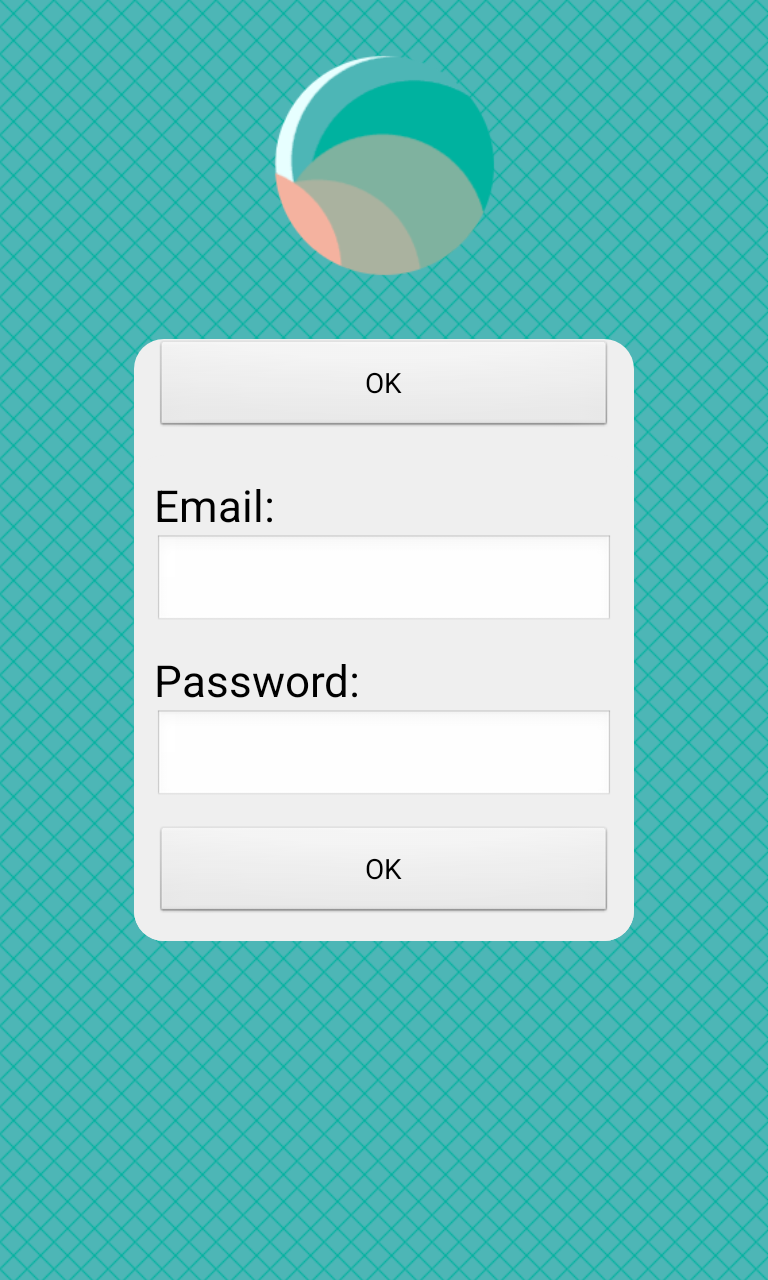
Repository: ppamorim/Coderock-X
Layout: workspace-Android/teste1/res/layout/activity_login.xml
The author's editor kept a copy of each file at every save. The layout is drawn from the files as they stood at one save, then again after the next save.
It is drawn on a 768 x 1280 px phone screen (xhdpi) without system bars, with theme android:Theme.NoTitleBar; the app's code is not run.

Above is the layout before, as saved 2014-01-05 19:57:12.

### workspace-Android/teste1/res/layout/activity_login.xml
<?xml version="1.0" encoding="utf-8"?>
<LinearLayout xmlns:android="http://schemas.android.com/apk/res/android"
    xmlns:tools="http://schemas.android.com/tools"
    android:id="@+id/LinearLayout1"
    android:layout_width="match_parent"
    android:layout_height="match_parent"
    android:background="@drawable/background"
    android:orientation="vertical"
    android:paddingBottom="@dimen/activity_vertical_margin"
    android:paddingLeft="@dimen/activity_horizontal_margin"
    android:paddingRight="@dimen/activity_horizontal_margin"
    android:paddingTop="@dimen/activity_vertical_margin"
    tools:context=".MainActivity" >

	<!-- <View
        android:id="@+id/spacer1"
        android:layout_width="wrap_content"
        android:layout_height="0dp"
        android:layout_gravity="center_horizontal"
        android:layout_weight="0.18"
        android:background="@layout/rounded" />-->

<ImageView
    android:layout_width="fill_parent"
    android:layout_height="wrap_content"
    android:contentDescription="@string/app_name"
    android:scaleType="centerInside"
    android:src="@drawable/splash" />

    <FrameLayout
        android:layout_width="250dp"
        android:layout_height="wrap_content"
        android:layout_gravity="center"

        android:layout_marginTop="20dp">

        <LinearLayout
            android:layout_width="match_parent"
            android:layout_height="match_parent"
            android:background="@layout/rounded"
            android:orientation="vertical" >

            <Button
            android:id="@+id/Entrar"
            android:layout_width="fill_parent"
            android:layout_height="fill_parent"
            android:layout_marginBottom="10dp"
            android:layout_marginLeft="10dp"
            android:layout_marginRight="10dp"
            android:text="@string/ok" />


        <LinearLayout
            android:layout_width="match_parent"
            android:layout_height="match_parent"
            android:background="@layout/rounded"
            android:orientation="vertical" >

            <TextView
                android:id="@+id/textView1"
                android:layout_width="wrap_content"
                android:layout_height="wrap_content"
                android:text="@string/Email"
                android:textColor="#000"
                android:layout_marginTop="10dp"
                android:layout_marginLeft="10dp"
            	android:layout_marginRight="10dp"
                android:textAppearance="?android:attr/textAppearanceLarge" />

            	<EditText
            	android:id="@+id/Email"
            	android:layout_width="match_parent"
            	android:layout_height="wrap_content"
            	android:layout_marginLeft="10dp"
            	android:layout_marginRight="10dp"
            	android:ems="10" />

            <TextView
                android:id="@+id/textView2"
                android:layout_width="wrap_content"
                android:layout_height="wrap_content"
                android:text="@string/Password"
                android:textColor="#000"
                android:layout_marginTop="10dp"
                android:layout_marginLeft="10dp"
            	android:layout_marginRight="10dp"
                android:textAppearance="?android:attr/textAppearanceLarge" />

        <EditText
            android:id="@+id/Senha"
            android:layout_width="match_parent"
            android:layout_height="wrap_content"
            android:layout_marginBottom="10dp"
            android:layout_marginLeft="10dp"
            android:layout_marginRight="10dp"
            android:ems="10" >
        </EditText>

        <Button
            android:id="@+id/Entrar"
            android:layout_width="fill_parent"
            android:layout_height="wrap_content"
            android:layout_marginBottom="10dp"
            android:layout_marginLeft="10dp"
            android:layout_marginRight="10dp"
            android:text="@string/ok" />

        </LinearLayout>
        </LinearLayout>
    </FrameLayout>

</LinearLayout>

### workspace-Android/teste1/res/drawable-hdpi/background.xml
<?xml version="1.0" encoding="utf-8"?>
<bitmap xmlns:android="http://schemas.android.com/apk/res/android"
  android:src="@drawable/bg"
  android:tileMode="repeat" />

### workspace-Android/teste1/res/layout/rounded.xml
<?xml version="1.0" encoding="utf-8"?>
<layer-list xmlns:android="http://schemas.android.com/apk/res/android">
    <item>
        <shape android:shape="rectangle" >
            <corners android:radius="15dip" />
            <solid android:color="#efefef" />
            <stroke android:width="0dp" android:color="#bebfc1"/>
        </shape>
    </item>
</layer-list>

### workspace-Android/teste1/res/values/strings.xml
<?xml version="1.0" encoding="utf-8"?>
<resources>

    <string name="app_name">Feel</string>
    <string name="action_settings">Settings</string>
    <string name="hello_world">Hello world!</string>
    <string name="Email">Email:</string>
    <string name="Password">Password:</string>
    <string name="Resultado">Resultado:</string>
    <string name="BotaoSomar">Somar</string>
    <string name="BotaoSub">Subtrair</string>
    <string name="BotaoMulti">Multiplicar</string>
    <string name="BotaoDividir">Dividir</string>
    <string name="ok">OK</string>

</resources>

Loaded but not shown: workspace-Android/teste1/res/values/dimens.xml (common file)

After the next save:
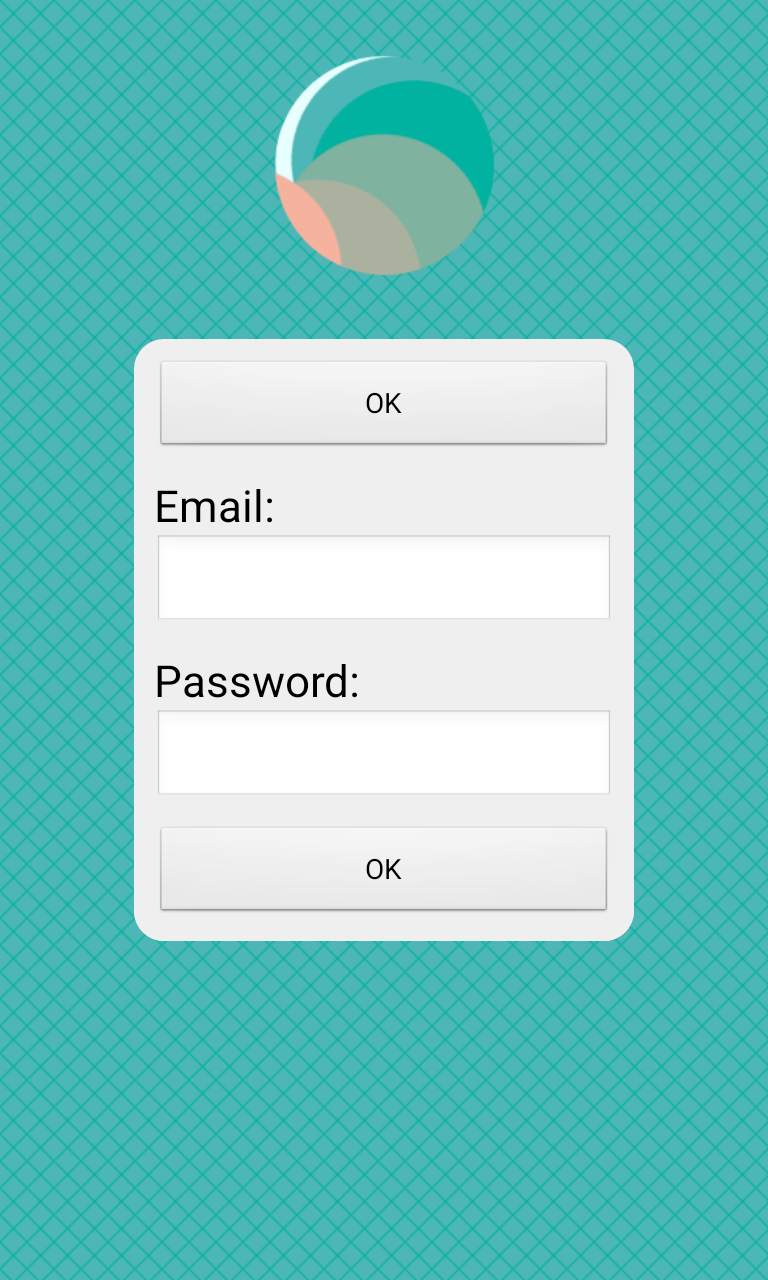
Saved 32 s later.
--- a/workspace-Android/teste1/res/layout/activity_login.xml
+++ b/workspace-Android/teste1/res/layout/activity_login.xml
@@ -44,7 +44,7 @@
             android:id="@+id/Entrar"
             android:layout_width="fill_parent"
             android:layout_height="fill_parent"
-            android:layout_marginBottom="10dp"
+            android:layout_marginTop="10dp"
             android:layout_marginLeft="10dp"
             android:layout_marginRight="10dp"
             android:text="@string/ok" />
